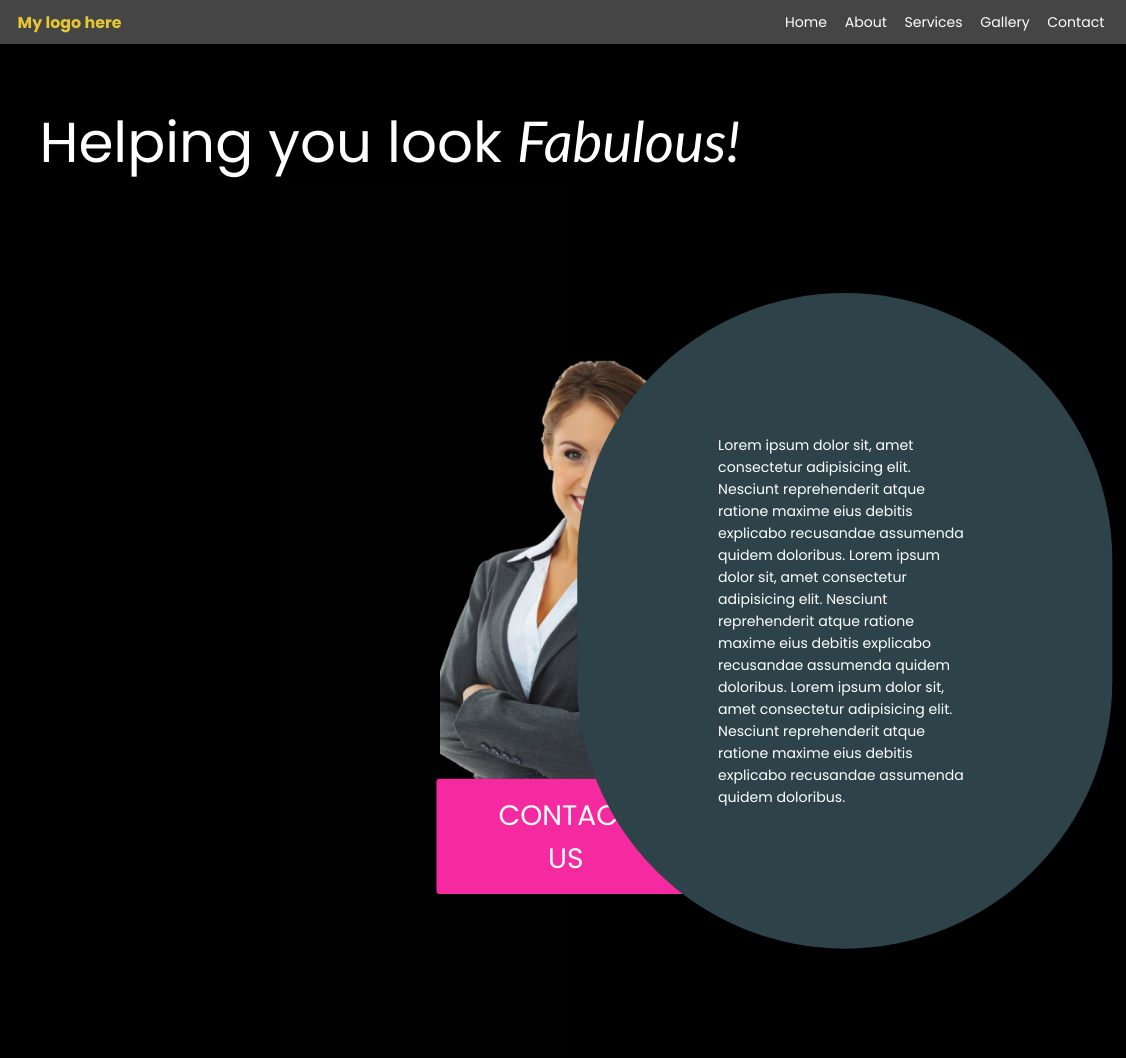
Repository: buzzedison/gardens
Page: index.html
An editor plug-in stored every save of this project. The page is shown before and after the next save, followed by the edit.
The browser window is 1280 px wide. The pictures show the whole page, at 88% of full size.

Above is the page before, as saved 2022-01-12 20:35:31.

### index.html
<!DOCTYPE html>
<html lang="en">
<head>
    <meta charset="UTF-8">
    <meta http-equiv="X-UA-Compatible" content="IE=edge">
    <meta name="viewport" content="width=device-width, initial-scale=1.0">
    <title>B</title>
    <script src="index.js" defer></script>
    <link rel="stylesheet" href="/css/styles.css">
</head>
<body>
    <div>

        <Header>
            <div id="logo"> <a href="/">My logo here</a></div>
            <nav>
<ul>
    <li> <a href="/"> Home</a></li>
    <li> <a href="/"> About</a></li>
    <li> <a href="/"> Services</a></li>
    <li> <a href="/"> Gallery</a></li>
    <li> <a href="/">  Contact</a></li>
</ul>

 </nav>
            <!-- Mobile version -->
            <div id="mobile-icon" onclick="toggleMobileMenu(this)">
                <div class="bar1"></div>
                <div class="bar2"></div>
                <div class="bar3"></div>
                <ul class="mobile-menu">
                  <li><a href="/">Home</a></li>
                  <li><a href="/">About</a></li>
                  <li><a href="/">Services</a></li>
                  <li><a href="/">Gallery</a></li>
                  <li><a href="/">Contact</a></li>

                </ul>
              </div>
        </Header>
        <main class="container">
            <section1>
                <p class="section-title">Helping you look  <span id="fab">Fabulous!</span></p>
                <div class="grid">
                    <div class="grida">
                        <p class="text-grid"><img class ="img" src="images/woman.png">
                            <br/>
                            <a href="/" class="button"> CONTACT US </a>

                    </div>

                    <div class="gridb">
                        <div class="inside">
                        <p class="text-grid">
                        Lorem ipsum dolor sit, amet consectetur adipisicing elit.
                        Nesciunt reprehenderit atque ratione maxime eius
                        debitis explicabo recusandae assumenda quidem doloribus.
                        Lorem ipsum dolor sit, amet consectetur adipisicing elit.
                        Nesciunt reprehenderit atque ratione maxime eius
                        debitis explicabo recusandae assumenda quidem doloribus.
                        Lorem ipsum dolor sit, amet consectetur adipisicing elit.
                        Nesciunt reprehenderit atque ratione maxime eius
                        debitis explicabo recusandae assumenda quidem doloribus.
                    </p>
                </div>
                    </div>
                </div>
            </section1>

        </main>
    </div>
</body>
</html>

### css/styles.css
@import url("https://fonts.googleapis.com/css2?family=Poppins:wght@400;700&display=swap");

* {
  padding: 0;
  margin: 0;
  box-sizing: border-box;
}

body {
  color: black;
  font-family: "Poppins", sans-serif;
  background-color:black;
}

header a {
  text-decoration: none;
}

header {
  padding: 0 20px;
  background-color: #444544;
  height: 50px;
  display: flex;
  justify-content: space-between;
}

#logo {
  font-weight: bold;
  font-size: 18px;
  display: flex;
  align-items: center;
}

#logo a {
  color: #e6c834;
}

ul {
  list-style: none;
  height: 100%;
  display: flex;
  align-items: center;
  justify-content: space-around;
}

ul a {
  color: white;
}

ul li {
  padding: 5px;
  margin-left: 10px;
}

ul li:hover {
  transform: scale(1.1);
  transition: 0.3s;
}




#mobile-icon {
  margin: auto 0;
  display: none;
  cursor: pointer;
}

#mobile-icon div {
  width: 35px;
  height: 3px;
  background-color: white;

  margin: 6px 0;
  transition: 0.4s;
}

.open .bar1 {
  -webkit-transform: rotate(-45deg) translate(-6px, 6px);
  transform: rotate(-45deg) translate(-6px, 6px);
}

.open .bar2 {
  opacity: 0;
}

.open .bar3 {
  -webkit-transform: rotate(45deg) translate(-6px, -8px);
  transform: rotate(45deg) translate(-6px, -8px);
}

.open .mobile-menu {
  display: flex;
  flex-direction: column;
  align-items: center;
  justify-content: flex-start;
}

.mobile-menu {
  display: none;
  position: absolute;
  top: 50px;
  left: 0;
  height: calc(100vh - 50px);
  width: 100%;

}

.mobile-menu li {
  margin-bottom: 10px;

}

@media only screen and (max-width: 600px) {
  header nav {
    display: none;
  }

  #mobile-icon {
    display: block;
  }
}


.section-title{
  color: white;
  font-size: 4em;
  padding-top: 1em;
  padding-left: 0.7em;


}

#fab {
  font-family: 'Trebuchet MS', 'Lucida Sans Unicode', 'Lucida Grande', 'Lucida Sans', Arial, sans-serif;
  font-style: italic;
}


.grid > div{
   padding:1em;
   background-color:rgba(255, 235, 205, 0);
}

.grid > div:nth-child(odd){
  background-color:rgba(255, 248, 220, 0.003);


}

.grid{
  display:grid;
  grid-template-columns: 40% 60%;
  /* seperating columns */
  grid-column-gap: -40em;
  box-sizing: border-box;
  place-items: center;

  /* browser automatically breaks when it gets to 300px */
  grid-template-columns: repeat(auto-fit, minmax(300px, 1fr));

}

.text-grid {
  padding: 10em;
  color:white;





}

.grida{
  align-self: end;
  justify-self: end;
  width:20em;
  /* position:absolute; */
  display:flex

}

.gridb{



}


/* Buttons  */

a.button{
  display:inline-block;
  padding:0.55em 2.2em;
  border:none;
  margin:0 0.3em 0.3em 0;
  border-radius:0.12em;
  box-sizing: border-box;
  text-decoration:none;
  background-color:#F62AA0;
  float:right;

  font-weight:400;
  font-size:2em;
  color:#FFFFFF;
  text-align:center;
  transition: all 0.2s;



  }

  @media only screen and (max-width: 600px){
    a.button{
      display:inline-block;
      padding:0.45em 1.8em;
      border:none;
      /* margin:0 0.1em 0.3em 0; */
      border-radius:0.12em;
      box-sizing: border-box;
      text-decoration:none;
      background-color:#F62AA0;
      float:left;

      font-weight:400;
      font-size:1.5em;
      color:#FFFFFF;
      text-align:center;
      transition: all 0.2s;
    }
  }
  a.button1:hover{
  color:#000000;
  background-color:#FFFFFF;
  }
  @media all and (max-width:30em){
  a.button1{
  display:block;
  margin:0.4em auto;

  }
  }

  .img {
    float:right;

  }


  .inside {

    width: 100%;
   height: 100%;
   background: #2E4249;
   -moz-border-radius: 70px;
   -webkit-border-radius: 70px;
   border-radius: 500px;
    transition: all 1s ease;


  }
  .inside:hover {
    background: #3b5159;

  }

Loaded but not shown: index.js (common file)

After the next save:
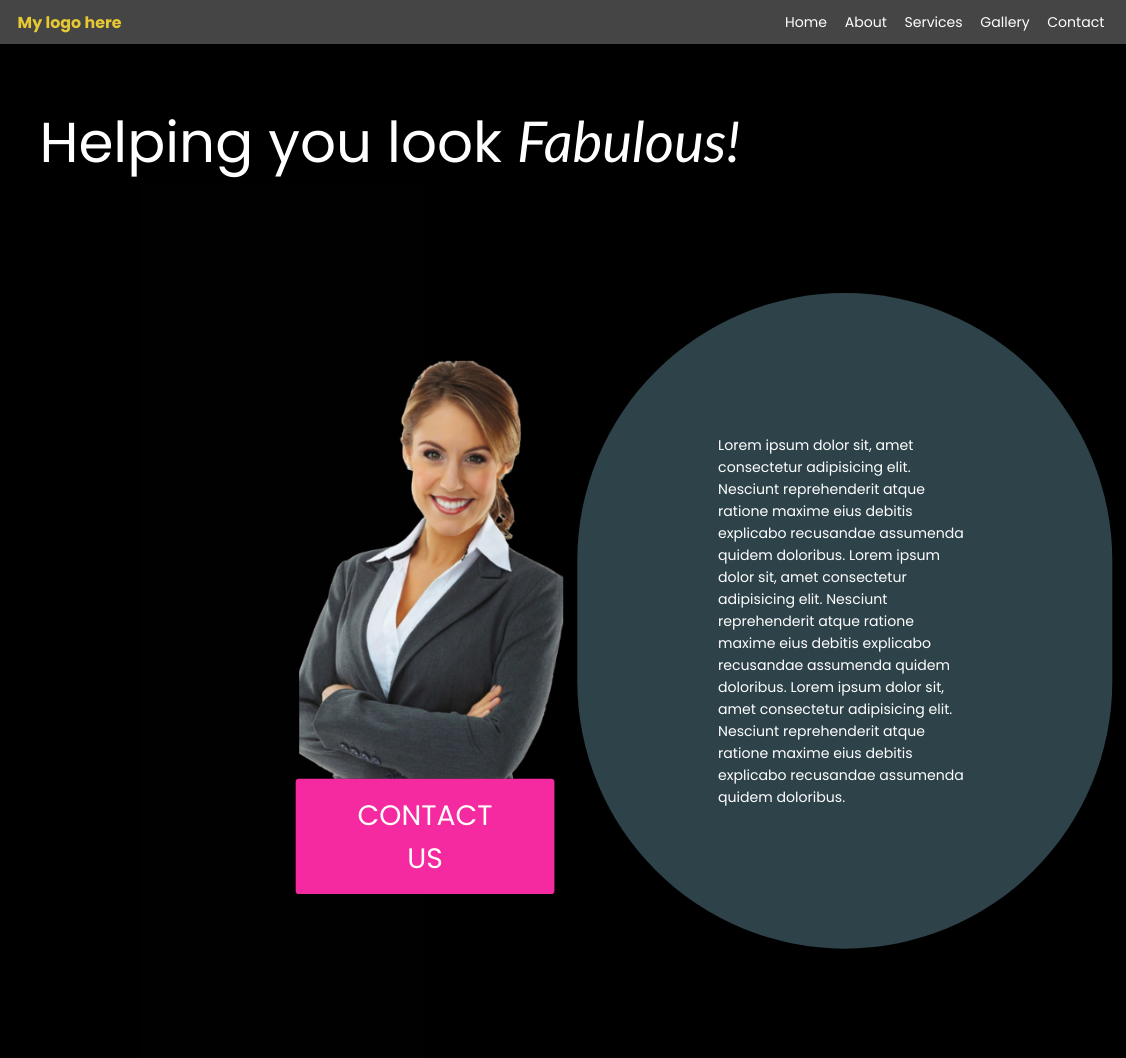
Saved 22 s later.
--- a/css/styles.css
+++ b/css/styles.css
@@ -173,7 +173,7 @@ ul li:hover {
 
 .grida{
   align-self: end;
-  justify-self: end;
+  /* justify-self: end;  */
   width:20em;
   /* position:absolute; */
   display:flex
